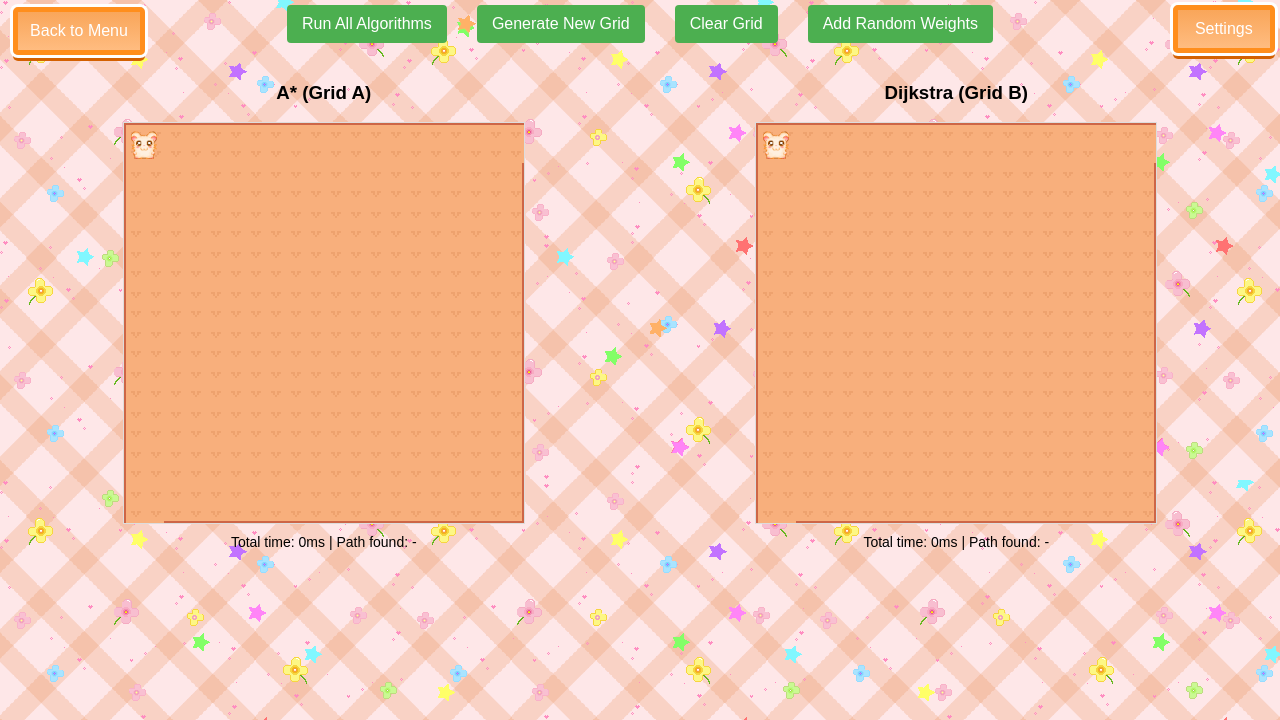
Repository: ramosfranz/Hamster-Crossing
Page: game.html
The author's editor kept a copy of each file at every save. The page is drawn from the files as they stood at one save, then again after the next save.
The browser window is 1280 px wide. The pictures show the whole page.
Some web fonts or font styles are not loaded; a fallback is used.

Above is the page before, as saved 2025-05-06 12:30:32.
Console error: SyntaxError: Unexpected identifier 'initializeVisualizer'

### game.html
<!DOCTYPE html>
<html lang="en">
<head>
    <meta charset="UTF-8">
    <meta name="viewport" content="width=device-width, initial-scale=1.0">
    <link rel="preconnect" href="https://fonts.googleapis.com">
    <link rel="preconnect" href="https://fonts.gstatic.com" crossorigin>
    <link href="https://fonts.googleapis.com/css2?family=Jersey+10+Charted&family=Jersey+20&family=Jersey+25+Charted&display=swap" rel="stylesheet">
    <title>Hamster Crossing</title>
    <link rel="icon" type="image/x-icon" href="assets/images/favicon.ico">
    <link rel="stylesheet" href="styles.css">
</head>
<body>
    <div class="header-buttons">
        <a class="pixelButton" id="backButton" href="menu.html">Back to Menu</a>
        <button class="pixelButton" id="settingsButton">Settings</button>
    </div>

    <!-- Settings Popup -->
    <div id="settingsPopup" class="popup">
        <div class="popup-content">
            <span class="close-popup">&times;</span>
            <h3>Settings</h3>

            <div class="setting-item">
                <label for="volumeSlider">Adjust Volume:</label>
                <input type="range" id="volumeSlider" min="0" max="100" value="50">
            </div>

            <div class="setting-item">
                <label for="hamsterDropdown">Change Hamster:</label>
                <select id="hamsterDropdown">
                    <option value="hamster1">Default Hamster</option>
                    <option value="hamster2">Speedy Hamster</option>
                    <option value="hamster3">Colorful Hamster</option>
                </select>
            </div>

            <div class="setting-item">
                <label>Number of Grids: <span class="grid-count-value">2</span></label>
                <div class="grid-count-container">
                    <input type="range" id="gridCount" min="1" max="5" value="2">
                </div>
            </div>

            <div id="gridSettings">
                <!-- Grid settings will be added here dynamically -->
            </div>

            <button id="applySettings">Apply Settings</button>
        </div>
    </div>
    <div id="controls">
        <button id="runButton">Run All Algorithms</button>
        <button id="generateButton">Generate New Grid</button>
        <button id="clearButton">Clear Grid</button>
        <button id="addWeightsButton">Add Random Weights</button>
    </div>

    <button id="stopButton">Stop and Clear Searching</button>

    <div id="grids-container">
        <!-- Grids will be added here dynamically -->
    </div>

    <!--<script src="pathfind.js" type="module"></script>
    <script src="settingsPopUp.js"  type="module"></script>
    <script src="algorithms.js"  type="module"></script> -->
    <script type="module" src="js/app.js"></script>
    <script type="module" src="js/game.js"></script>
</body>
</html>

### styles.css
html, body {
    font-family: "Jersey 20", sans-serif;
    margin: 0;
    padding: 0;
    height: 100%;
    scroll-behavior: smooth;
    background-image:url(assets/images/backgrounds/bg_try.gif), url(assets/images/backgrounds/bg_tryA.gif), url(assets/images/backgrounds/bg_hamu.png);
    background-size: auto, auto, 20%;
    background-repeat: auto, auto, space;
    image-rendering: pixelated;
}

.home {
    display: flex;
    flex-direction: column;
    justify-content: center;
    align-items: center;
    height: 100%;
    text-align: center;
}

#logo {
    width: 40%;
    max-height: 100%;
    margin-bottom: 0.5%;
    image-rendering: pixelated;
}

.pixelButton {
    padding: 10px 5%;
    margin-bottom: 3%;
    font-size: 1.5rem;
    color: #fff;
    border: 5px solid #ff8e1c;
    border-radius: 4px;
    background: linear-gradient(to bottom, #f9a65a, #ffbc80);
    box-shadow:
        0 0 0 3px #fff,
        0 6px #d36102;
    cursor: pointer;
    text-align: center;
    font-family: "Jersey 20", sans-serif;
    width: 100%;
    transition: transform 0.1s ease, box-shadow 0.1s ease;
    image-rendering: pixelated;
}

.pixelButton:hover {
    background: linear-gradient(to bottom, #ffa9b8, #ff605f);
    border-color: #ff1a14;
}

.pixelButton:active {
    transform: translateY(4px);
    box-shadow: 0 0 #000;
}


.menu {
    margin-bottom: 20px;
}
button {
    padding: 10px 20px;
    font-size: 16px;
    margin: 5px;
    cursor: pointer;
}

#controls {
    display: flex;
    justify-content: center;
    gap: 20px;
    flex-wrap: wrap;
}
#grids-container {
    display: flex;
    flex-wrap: wrap;
    justify-content: center;
    gap: 20px;
}
.canvas-container {
    display: flex;
    flex-direction: column;
    align-items: center;
    position: relative;
}
.timer {
    margin-top: 10px;
    font-size: 14px;
    text-align: center;
}
#warning {
    color: red;
    font-weight: bold;
    margin: 10px 0;
    text-align: center;
}
#stopButton {
    display: none;
    padding: 10px;
    background-color: red;
    color: white;
    border: none;
    cursor: pointer;
    border-radius: 5px;
    margin: 0 auto;
}
#backButton {
    width: 8%;
    position: fixed;
    left: 1%;
    top: 1%;
    padding: 10px;
    cursor: pointer;
    text-decoration: none;
    font-size: 16px;
    border-radius: 5px;
}

#settingsButton {
    position: fixed;
    width: 8%;
    right: -0%;
    padding: 10px;
    border-radius: 5px;
    cursor: pointer;
    font-size: 16px;
}

button {
    padding: 10px 15px;
    background-color: #4CAF50;
    color: white;
    border: none;
    border-radius: 4px;
    cursor: pointer;
    font-size: 16px;
}
button:hover {
    background-color: #45a049;
}
button:disabled {
    background-color: #cccccc;
    cursor: not-allowed;
}
.weight {
    position: absolute;
    font-size: 10px;
    font-weight: bold;
    color: black;
    pointer-events: none;
}

.header-buttons {
    display: flex;
    justify-content: space-between;
}


.popup {
    display: none;
    position: fixed;
    top: 0;
    left: 0;
    width: 100%;
    height: 100%;
    background-color: rgba(0,0,0,0.5);
    z-index: 1000;
}

.popup-content {
    background-color: white;
    margin: 10% auto;
    padding: 20px;
    width: 50%;
    max-width: 500px;
    border-radius: 8px;
    position: relative;
}

.close-popup {
    position: absolute;
    top: 10px;
    right: 20px;
    font-size: 24px;
    cursor: pointer;
}

.setting-item {
    margin: 15px 0;
}

.setting-item label {
    display: block;
    margin-bottom: 5px;
    font-weight: bold;
}

.setting-item input[type="range"],
.setting-item select,
.setting-item input[type="number"] {
    width: 100%;
    padding: 8px;
    border: 1px solid #ddd;
    border-radius: 4px;
}

#applySettings {
    margin-top: 20px;
    padding: 10px 15px;
    background-color: #4CAF50;
    color: white;
    border: none;
    border-radius: 4px;
    cursor: pointer;
    width: 100%;
}

#applySettings:hover {
    background-color: #45a049;
}

.grid-algorithm-select {
    margin-top: 10px;
}


.popup-content {
    width: 90%;
    max-width: 400px;
    margin: 5% auto;
    padding: 15px;
}

#gridCount {
    width: 100%;
    margin-top: 5px;
}

.grid-count-container {
    display: flex;
    align-items: center;
    gap: 10px;
}

.grid-count-value {
    font-weight: bold;
}

#grids-container {
    display: grid;
    grid-template-columns: repeat(auto-fit, minmax(200px, 1fr));
    gap: 15px;
    padding: 15px;
    width: 100%;
    box-sizing: border-box;
    justify-content: center;
}

/* Grid selection layout */
.grid-selection-row {
    display: flex;
    gap: 15px;
    margin-bottom: 15px;
}

.grid-selection-item {
    flex: 1;
    min-width: 120px;
}

.grid-selection-item.disabled {
    opacity: 0.6;
    pointer-events: none;
}

.grid-selection-item label {
    display: block;
    margin-bottom: 5px;
    color: #333;
}

.grid-selection-item select {
    width: 100%;
    padding: 6px;
    border: 1px solid #ddd;
    border-radius: 4px;
    background: white;
}

.grid-selection-item.disabled select {
    background: #f5f5f5;
}

.canvas-container {
    position: relative;
    width: 100%;
    max-width: 400px;
    margin: 0 auto;
}


.canvas-container canvas {
    width: 100%;
    height: auto;
    aspect-ratio: 1;
    border: 1px solid #ddd;
}

@media (max-width: 600px) {
    #grids-container {
        grid-template-columns: 1fr;
    }

    .popup-content {
        width: 90%;
        margin: 20px auto;
    }
}

@media (min-width: 601px) and (max-width: 1200px) {
    #grids-container {
        grid-template-columns: repeat(auto-fit, minmax(250px, 1fr));
    }
}

/* Modify existing grid count input */
#gridCount[type="range"] {
    -webkit-appearance: none;
    width: 100%;
    height: 8px;
    background: #ddd;
    border-radius: 4px;
}

#gridCount[type="range"]::-webkit-slider-thumb {
    -webkit-appearance: none;
    width: 20px;
    height: 20px;
    background: #4CAF50;
    border-radius: 50%;
    cursor: pointer;
}

### js/app.js
import { initializeGrid } from './gridManager.js';
import { setupEventListeners, renderGrids } from './domManager.js';
import { setupSettingsEventListeners } from './settings.js';

export function init() {
    setupSettingsEventListeners();
    initializeGrid();
    renderGrids();
    setupEventListeners();
}

document.addEventListener('DOMContentLoaded', init);

### js/game.js
import { initializeGrid } from './gridManager.js';
import { renderGrids, setupEventListeners} from './domManager.js';
import { drawGridm initializeVisualizer } from './visualizer.js';

document.addEventListener('DOMContentLoaded', () => {
    setupEventListeners();
    initializeGrid();
    initializeVisualizer();
    renderGrids();
    drawGrid();

    window.addEventListener('resize', () => {
        drawGrid();
    });
});

### js/gridManager.js
import { drawGrid } from './visualizer.js';

export const rows = 10;
export const cols = 10;
export const start = { x: 0, y: 0 };
let grid = [];
let goal = { x: cols - 1, y: rows - 1 };

export function getGrid() { return grid; }
export function getGoal() { return goal; }
export function getStart() { return start; }

export function setGoal(newGoal) {
    // Clear old goal cell
    const oldGoal = goal;
    grid[oldGoal.y][oldGoal.x] = {
        ...grid[oldGoal.y][oldGoal.x],
        wall: false,
        weight: 1
    };

    // Set new goal
    goal = newGoal;

    // Update new goal cell
    grid[newGoal.y][newGoal.x] = {
        ...grid[newGoal.y][newGoal.x],
        wall: false,
        weight: 1
    };
}


export function initializeGrid() {
    grid = [];
    for (let y = 0; y < rows; y++) {
        const row = [];
        for (let x = 0; x < cols; x++) {
            row.push({ wall: false, weight: 1, x, y });
        }
        grid.push(row);
    }
    resetSpecialCells();
    drawGrid();
}

function resetSpecialCells() {
    grid[start.y][start.x] = { ...grid[start.y][start.x], wall: false, weight: 1 };
    grid[goal.y][goal.x] = { ...grid[goal.y][goal.x], wall: false, weight: 1 };
}

export function generateRandomGrid() {
    grid = [];
    for (let y = 0; y < rows; y++) {
        const row = [];
        for (let x = 0; x < cols; x++) {
            row.push({ wall: Math.random() < 0.2, weight: 1, x, y });
        }
        grid.push(row);
    }
    placeRandomGoal();
    resetSpecialCells();
    drawGrid();
}

function placeRandomGoal() {
    let goalPlaced = false;
    while (!goalPlaced) {
        const randomX = Math.floor(Math.random() * cols);
        const randomY = Math.floor(Math.random() * rows);
        if ((randomX !== start.x || randomY !== start.y) && !grid[randomY][randomX].wall) {
            goal = { x: randomX, y: randomY };
            goalPlaced = true;
        }
    }
}

export function addRandomWeights() {
    for (let y = 0; y < rows; y++) {
        for (let x = 0; x < cols; x++) {
            if ((x === start.x && y === start.y) || (x === goal.x && y === goal.y) || grid[y][x].wall) continue;
            grid[y][x].weight = Math.floor(Math.random() * 5) + 1;
        }
    }
    drawGrid();
}

### js/stateManager.js
export const settings = {
    volume: 50,
    hamster: 'hamster1',
    gridCount: 2,
    gridAlgorithms: ['aStar', 'dijkstra']
};

export let searchInProgress = false;
export const timers = {};

export function setSearchInProgress(value) {
    searchInProgress = value;
}

export function resetTimers() {
    for (const key in timers) {
        timers[key].textContent = "Total time: 0ms | Path found: -";
    }
}

### js/algorithms/aStar.js
import { heuristic, getNeighbors, sleep } from '../utils.js';
import { getGrid, rows, cols, start, getGoal } from '../gridManager.js';
import { drawPathWithHead } from '../visualizer.js';

export async function animateAStar(ctx, timerElement) {
    const grid = getGrid();
    const goal = getGoal();
    const canvas = ctx.canvas;
    const cellSize = canvas.width / cols;
    const neighbors = getNeighbors(grid, cols, rows);
    const waitSecondsSearch = 100;

    const openSet = [start];
    const cameFrom = {};
    const gScore = Array(rows).fill().map(() => Array(cols).fill(Infinity));
    gScore[start.y][start.x] = 0;
    const fScore = Array(rows).fill().map(() => Array(cols).fill(Infinity));
    fScore[start.y][start.x] = heuristic(start, goal);

    const startTime = performance.now();
    let pathFoundTime = null;

    while (openSet.length > 0) {
        openSet.sort((a, b) => fScore[a.y][a.x] - fScore[b.y][b.x]);
        const current = openSet.shift();

        if (current.x === goal.x && current.y === goal.y) {
            pathFoundTime = performance.now() - startTime;
            timerElement.textContent = `Total time: ${Math.round(performance.now() - startTime)}ms | Path found: Yes`;
            await drawPathWithHead(ctx, cameFrom, current, "yellow", "orange");
            return;
        }

        ctx.fillStyle = "rgba(255, 255, 128, 0.5)";
        ctx.fillRect(current.x * cellSize, current.y * cellSize, cellSize, cellSize);
        await sleep(waitSecondsSearch);

        for (const neighbor of neighbors(current)) {
            const tentativeGScore = gScore[current.y][current.x] + grid[neighbor.y][neighbor.x].weight;
            if (tentativeGScore < gScore[neighbor.y][neighbor.x]) {
                cameFrom[`${neighbor.x},${neighbor.y}`] = current;
                gScore[neighbor.y][neighbor.x] = tentativeGScore;
                fScore[neighbor.y][neighbor.x] = tentativeGScore + heuristic(neighbor, goal);

                if (!openSet.some(n => n.x === neighbor.x && n.y === neighbor.y)) {
                    openSet.push(neighbor);
                }
            }
        }

        timerElement.textContent = `Total time: ${Math.round(performance.now() - startTime)}ms | Path found: ${
            pathFoundTime ? Math.round(pathFoundTime) + "ms" : "searching..."
        }`;
    }

    timerElement.textContent = `Total time: ${Math.round(performance.now() - startTime)}ms | Path found: No path`;
}

### js/algorithms/dijkstra.js
import { getNeighbors, sleep } from '../utils.js';
import { getGrid, rows, cols, start, getGoal } from '../gridManager.js';
import { drawPathWithHead } from '../visualizer.js';

export async function animateDijkstra(ctx, timerElement) {
    const grid = getGrid();
    const goal = getGoal();
    const canvas = ctx.canvas;
    const cellSize = canvas.width / cols;
    const neighbors = getNeighbors(grid, cols, rows);
    const waitSecondsSearch = 100;

    const openSet = [start];
    const cameFrom = {};
    const dist = Array(rows).fill().map(() => Array(cols).fill(Infinity));
    dist[start.y][start.x] = 0;

    const startTime = performance.now();
    let pathFoundTime = null;

    while (openSet.length > 0) {
        openSet.sort((a, b) => dist[a.y][a.x] - dist[b.y][b.x]);
        const current = openSet.shift();

        if (current.x === goal.x && current.y === goal.y) {
            pathFoundTime = performance.now() - startTime;
            timerElement.textContent = `Total time: ${Math.round(performance.now() - startTime)}ms | Path found: Yes`;
            await drawPathWithHead(ctx, cameFrom, current, "orange", "red");
            return;
        }

        ctx.fillStyle = "rgba(240, 128, 128, 0.5)";
        ctx.fillRect(current.x * cellSize, current.y * cellSize, cellSize, cellSize);
        await sleep(waitSecondsSearch);

        for (const neighbor of neighbors(current)) {
            const newDist = dist[current.y][current.x] + grid[neighbor.y][neighbor.x].weight;
            if (newDist < dist[neighbor.y][neighbor.x]) {
                cameFrom[`${neighbor.x},${neighbor.y}`] = current;
                dist[neighbor.y][neighbor.x] = newDist;

                if (!openSet.some(n => n.x === neighbor.x && n.y === neighbor.y)) {
                    openSet.push(neighbor);
                }
            }
        }

        timerElement.textContent = `Total time: ${Math.round(performance.now() - startTime)}ms | Path found: ${
            pathFoundTime ? Math.round(pathFoundTime) + "ms" : "searching..."
        }`;
    }

    timerElement.textContent = `Total time: ${Math.round(performance.now() - startTime)}ms | Path found: No path`;
}

### js/algorithms/bfs.js
import { getNeighbors, sleep } from '../utils.js';
import { getGrid, rows, cols, start, getGoal } from '../gridManager.js';
import { drawPathWithHead } from '../visualizer.js';

export async function animateBFS(ctx, timerElement) {
    const grid = getGrid();
    const goal = getGoal();
    const canvas = ctx.canvas;
    const cellSize = canvas.width / cols;
    const neighbors = getNeighbors(grid, cols, rows);
    const waitSecondsSearch = 100;

    const queue = [start];
    const cameFrom = {};
    const visited = Array(rows).fill().map(() => Array(cols).fill(false));
    visited[start.y][start.x] = true;

    const startTime = performance.now();
    let pathFoundTime = null;

    while (queue.length > 0) {
        const current = queue.shift();

        if (current.x === goal.x && current.y === goal.y) {
            pathFoundTime = performance.now() - startTime;
            timerElement.textContent = `Total time: ${Math.round(performance.now() - startTime)}ms | Path found: Yes`;
            await drawPathWithHead(ctx, cameFrom, current, "lightblue", "blue");
            return;
        }

        ctx.fillStyle = "rgba(173, 216, 230, 0.5)";
        ctx.fillRect(current.x * cellSize, current.y * cellSize, cellSize, cellSize);
        await sleep(waitSecondsSearch);

        for (const neighbor of neighbors(current)) {
            if (!visited[neighbor.y][neighbor.x]) {
                visited[neighbor.y][neighbor.x] = true;
                cameFrom[`${neighbor.x},${neighbor.y}`] = current;
                queue.push(neighbor);
            }
        }

        timerElement.textContent = `Total time: ${Math.round(performance.now() - startTime)}ms | Path found: ${
            pathFoundTime ? Math.round(pathFoundTime) + "ms" : "searching..."
        }`;
    }

    timerElement.textContent = `Total time: ${Math.round(performance.now() - startTime)}ms | Path found: No path`;
}

### js/algorithms/dfs.js
import { getNeighbors, sleep } from '../utils.js';
import { getGrid, rows, cols, start, getGoal } from '../gridManager.js';
import { drawPathWithHead } from '../visualizer.js';

export async function animateDFS(ctx, timerElement) {
    const grid = getGrid();
    const goal = getGoal();
    const canvas = ctx.canvas;
    const cellSize = canvas.width / cols;
    const neighbors = getNeighbors(grid, cols, rows);
    const waitSecondsSearch = 100;

    const stack = [start];
    const cameFrom = {};
    const visited = Array(rows).fill().map(() => Array(cols).fill(false));
    visited[start.y][start.x] = true;

    const startTime = performance.now();
    let pathFoundTime = null;

    while (stack.length > 0) {
        const current = stack.pop();

        if (current.x === goal.x && current.y === goal.y) {
            pathFoundTime = performance.now() - startTime;
            timerElement.textContent = `Total time: ${Math.round(performance.now() - startTime)}ms | Path found: Yes`;
            await drawPathWithHead(ctx, cameFrom, current, "red", "purple");
            return;
        }

        ctx.fillStyle = "rgba(255, 0, 0, 0.5)";
        ctx.fillRect(current.x * cellSize, current.y * cellSize, cellSize, cellSize);
        await sleep(waitSecondsSearch);

        for (const neighbor of neighbors(current)) {
            if (!visited[neighbor.y][neighbor.x]) {
                visited[neighbor.y][neighbor.x] = true;
                cameFrom[`${neighbor.x},${neighbor.y}`] = current;
                stack.push(neighbor);
            }
        }

        timerElement.textContent = `Total time: ${Math.round(performance.now() - startTime)}ms | Path found: ${
            pathFoundTime ? Math.round(pathFoundTime) + "ms" : "searching..."
        }`;
    }

    timerElement.textContent = `Total time: ${Math.round(performance.now() - startTime)}ms | Path found: No path`;
}

### js/algorithms/bellmanFord.js
import { getNeighbors, sleep } from '../utils.js';
import { getGrid, rows, cols, start, getGoal} from '../gridManager.js';
import { drawPathWithHead } from '../visualizer.js';

export async function animateBellmanFord(ctx, timerElement) {
    const grid = getGrid();
    const goal = getGoal();
    const canvas = ctx.canvas;
    const cellSize = canvas.width / cols;
    const neighbors = getNeighbors(grid, cols, rows);
    const waitSecondsSearch = 100;

    const dist = Array(rows).fill().map(() => Array(cols).fill(Infinity));
    const cameFrom = {};
    dist[start.y][start.x] = 0;

    const edges = [];
    for (let y = 0; y < rows; y++) {
        for (let x = 0; x < cols; x++) {
            if (grid[y][x].wall) continue;
            for (const neighbor of neighbors({x, y})) {
                edges.push({
                    from: {x, y},
                    to: {x: neighbor.x, y: neighbor.y},
                    weight: grid[neighbor.y][neighbor.x].weight
                });
            }
        }
    }

    const startTime = performance.now();
    let pathFoundTime = null;

    for (let i = 0; i < rows * cols - 1; i++) {
        let updated = false;

        for (const edge of edges) {
            const {from, to, weight} = edge;
            if (dist[from.y][from.x] + weight < dist[to.y][to.x]) {
                dist[to.y][to.x] = dist[from.y][from.x] + weight;
                cameFrom[`${to.x},${to.y}`] = from;
                updated = true;

                // Skip drawing the goal cell during exploration
                if (to.x !== goal.x || to.y !== goal.y) {
                    ctx.fillStyle = "rgba(238, 130, 238, 0.5)";
                    ctx.fillRect(to.x * cellSize, to.y * cellSize, cellSize, cellSize);
                }

                await sleep(waitSecondsSearch);

                if (to.x === goal.x && to.y === goal.y && !pathFoundTime) {
                    pathFoundTime = performance.now() - startTime;
                }
            }
        }

        timerElement.textContent = `Total time: ${Math.round(performance.now() - startTime)}ms | Path found: ${
            pathFoundTime ? Math.round(pathFoundTime) + "ms" : "searching..."
        }`;

        if (!updated) break;
    }

    if (dist[goal.y][goal.x] !== Infinity) {
        await drawPathWithHead(ctx, cameFrom, goal, "lightgreen", "green");
        // Removed the final goal redraw since we're preserving the original goal cell
    } else {
        timerElement.textContent = `Total time: ${Math.round(performance.now() - startTime)}ms | Path found: No path`;
    }
}

### js/utils.js
export const sleep = (ms) => new Promise(resolve => setTimeout(resolve, ms));

export const heuristic = (a, b) => Math.abs(a.x - b.x) + Math.abs(a.y - b.y);

export const getNeighbors = (grid, cols, rows) => ({ x, y }) => {
    const neighbors = [];
    if (x > 0 && !grid[y][x - 1].wall) neighbors.push(grid[y][x - 1]);
    if (x < cols - 1 && !grid[y][x + 1].wall) neighbors.push(grid[y][x + 1]);
    if (y > 0 && !grid[y - 1][x].wall) neighbors.push(grid[y - 1][x]);
    if (y < rows - 1 && !grid[y + 1][x].wall) neighbors.push(grid[y + 1][x]);
    return neighbors;
};

Loaded but not shown: js/visualizer.js (335 lines, source omitted); js/domManager.js (252 lines, source omitted); js/settings.js (104 lines, source omitted)

After the next save:
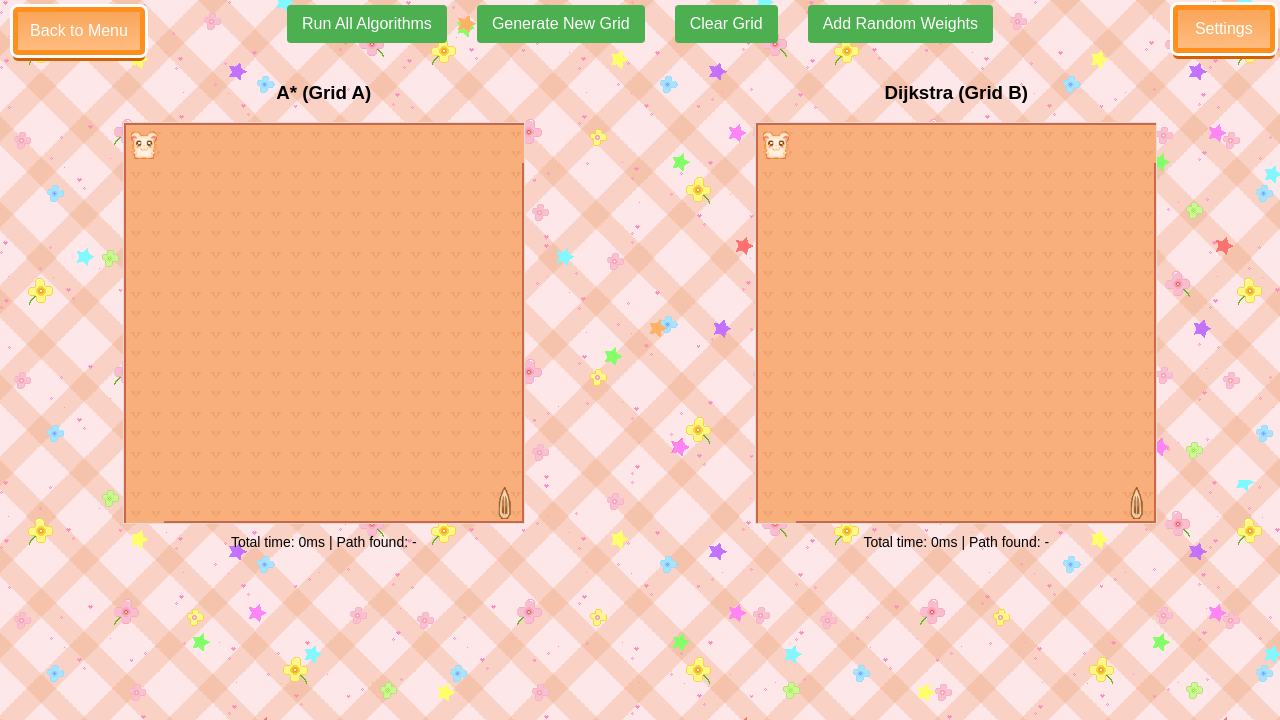
The error is gone.
Saved 7 s later.
--- a/js/game.js
+++ b/js/game.js
@@ -1,6 +1,6 @@
 import { initializeGrid } from './gridManager.js';
 import { renderGrids, setupEventListeners} from './domManager.js';
-import { drawGridm initializeVisualizer } from './visualizer.js';
+import { drawGrid, initializeVisualizer } from './visualizer.js';
 
 document.addEventListener('DOMContentLoaded', () => {
     setupEventListeners();
